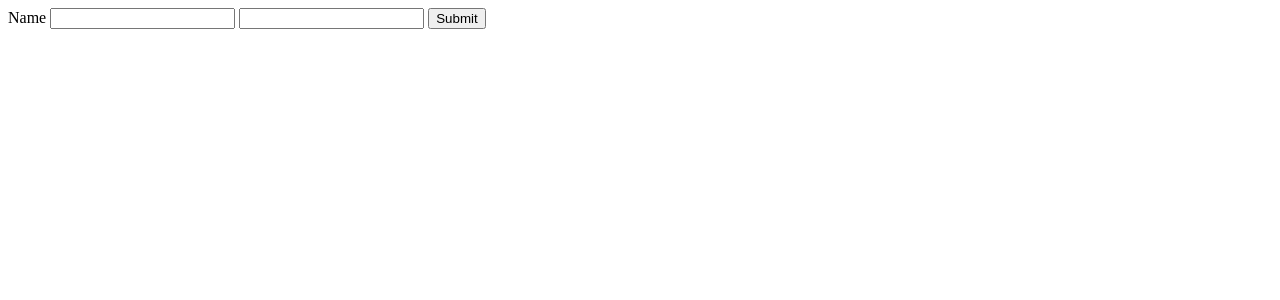
Repository: prattrv/WMDD-4920-A1
Page: index.html
The author's editor kept a record of every edit. The page is drawn from the files as they stood at one moment, then again after the next edit.
The browser window is 1280 px wide. The pictures show the whole page.

Above is the page before.

After the next edit:
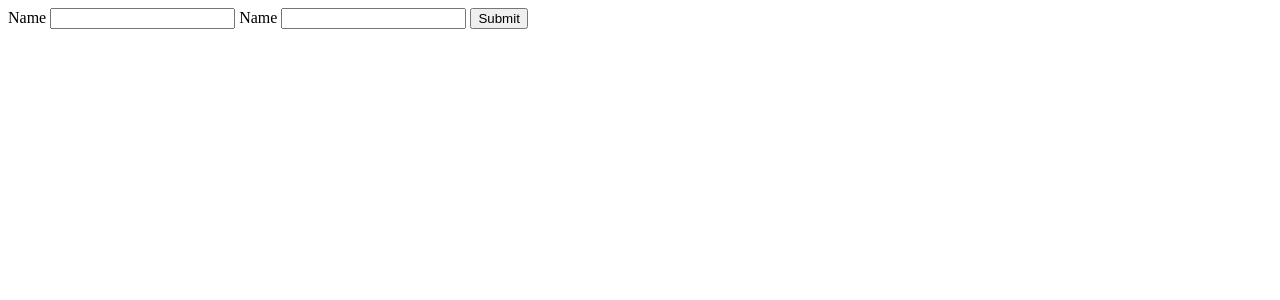
The edit:
--- a/index.html
+++ b/index.html
@@ -12,8 +12,11 @@
             Name
             <input type="text" name="name"/>
         </label>
+        <label for="name">
+            Name
+            <input type="text" name="name"/>
+        </label>
 
-        <input type="text" name="description"/>
         <input type="submit" value="Submit"/>
     </form>
 </body>
